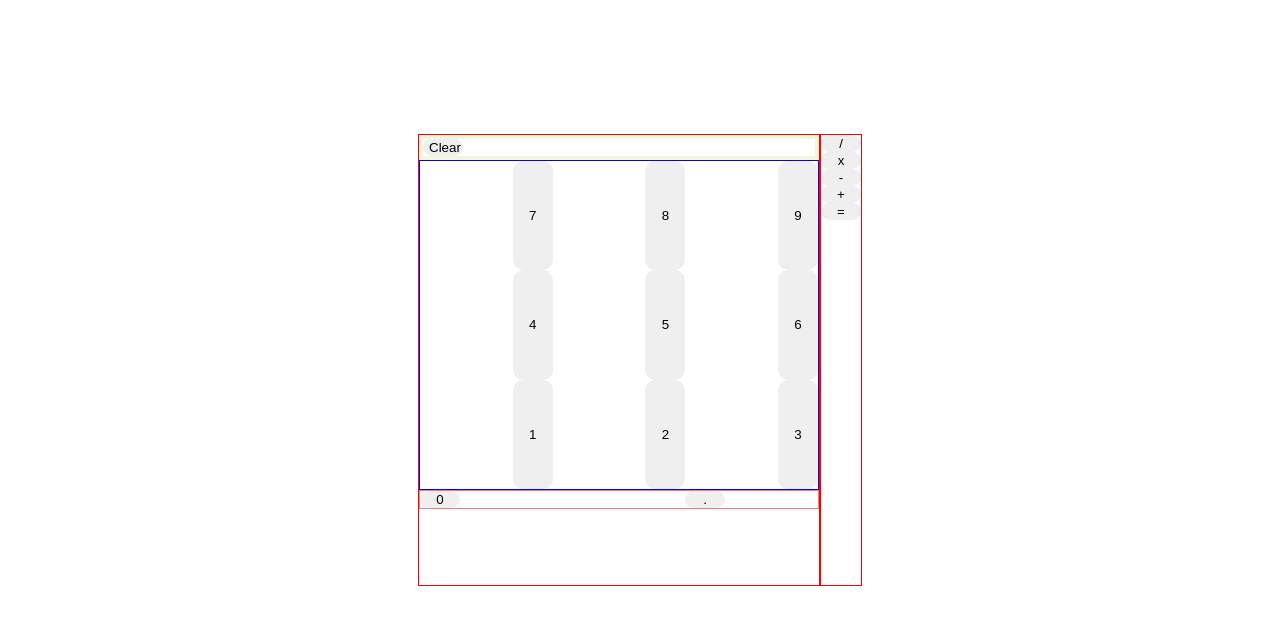
Repository: kocokoy/Calculator
Page: index.html
These files come from the project's save history. The page is drawn as it stood at one moment and after the next save; the edit follows.
The browser window is 1280 px wide. The pictures show the whole page.

Above is the page before, as saved 2024-10-22 16:01:27.

After the next save:
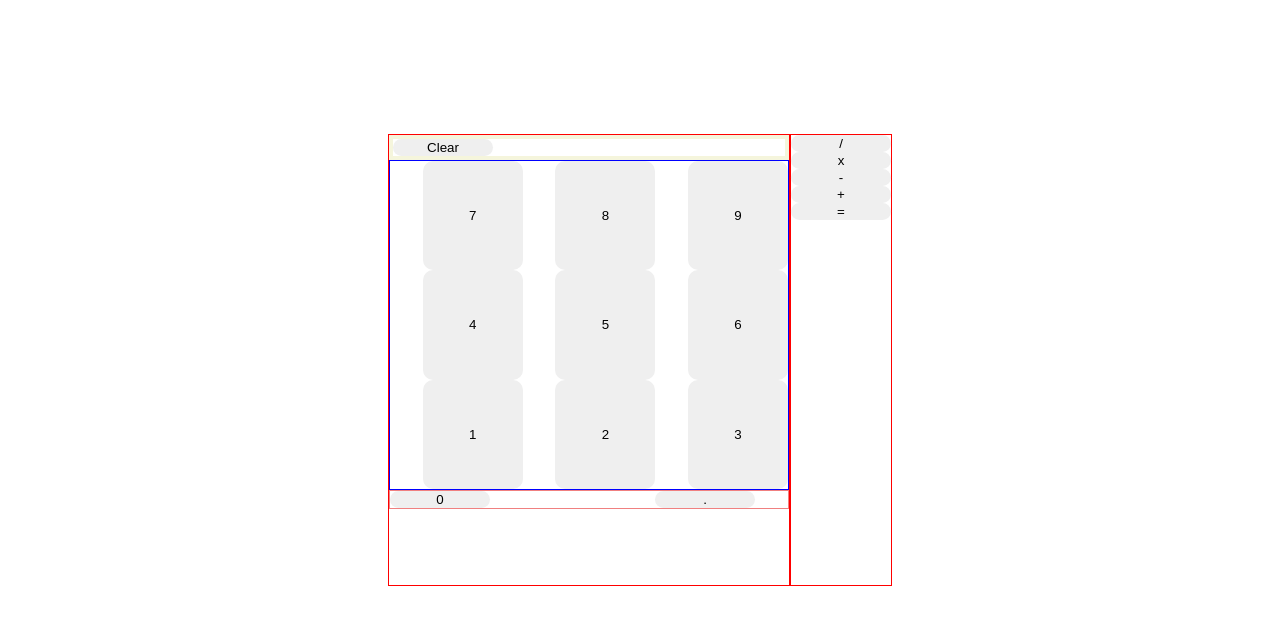
Saved 5 s later.
--- a/style.css
+++ b/style.css
@@ -6,7 +6,7 @@ body{
 body button{
   border-radius: 10px;
   border: none;
-  width: 40px;
+  width: 100px;
 }
 .calculator-container{
   display: flex;
